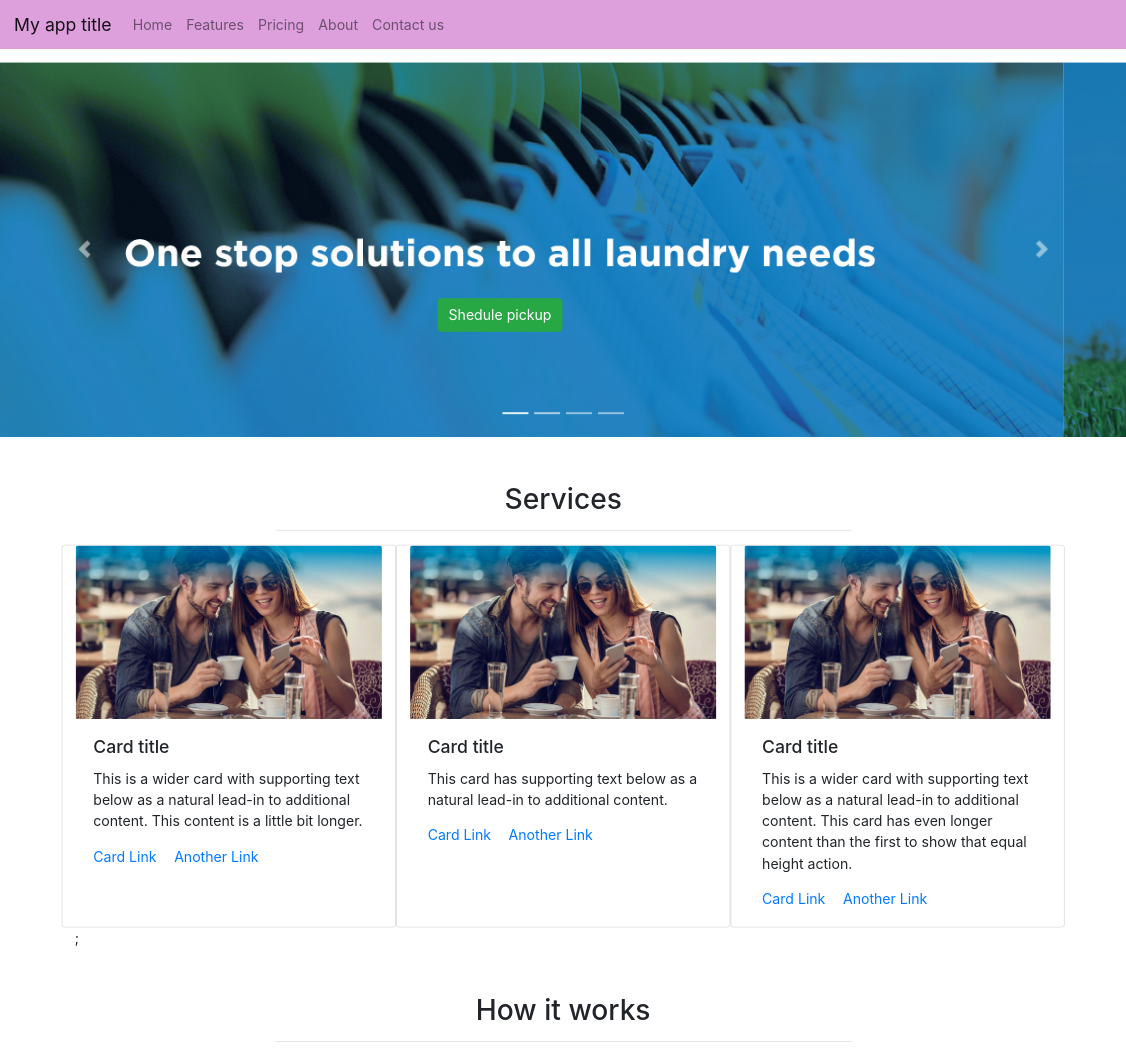
Repository: sravani123/BasicReactWebApp
Page: /
An editor plug-in stored every save of this project. The page is shown before and after the next save, followed by the edit.
The browser window is 1280 px wide. The pictures show the whole page, at 88% of full size.
Some web libraries are served in a nearby version. The project was rebuilt for these pictures with package versions that can differ from the ones it lists, and the page was loaded fresh each time. Also part of the build but not shown: src/components/Common/ProgressButton.js, src/components/Pricing/Pricing.js, src/components/About/About.js, src/components/Features/Features.js, src/components/Contact/Contact.js, src/components/Common/Calendar/Hello.js.

Above is the page before, as saved 2019-03-20 18:18:36.

After the next save:
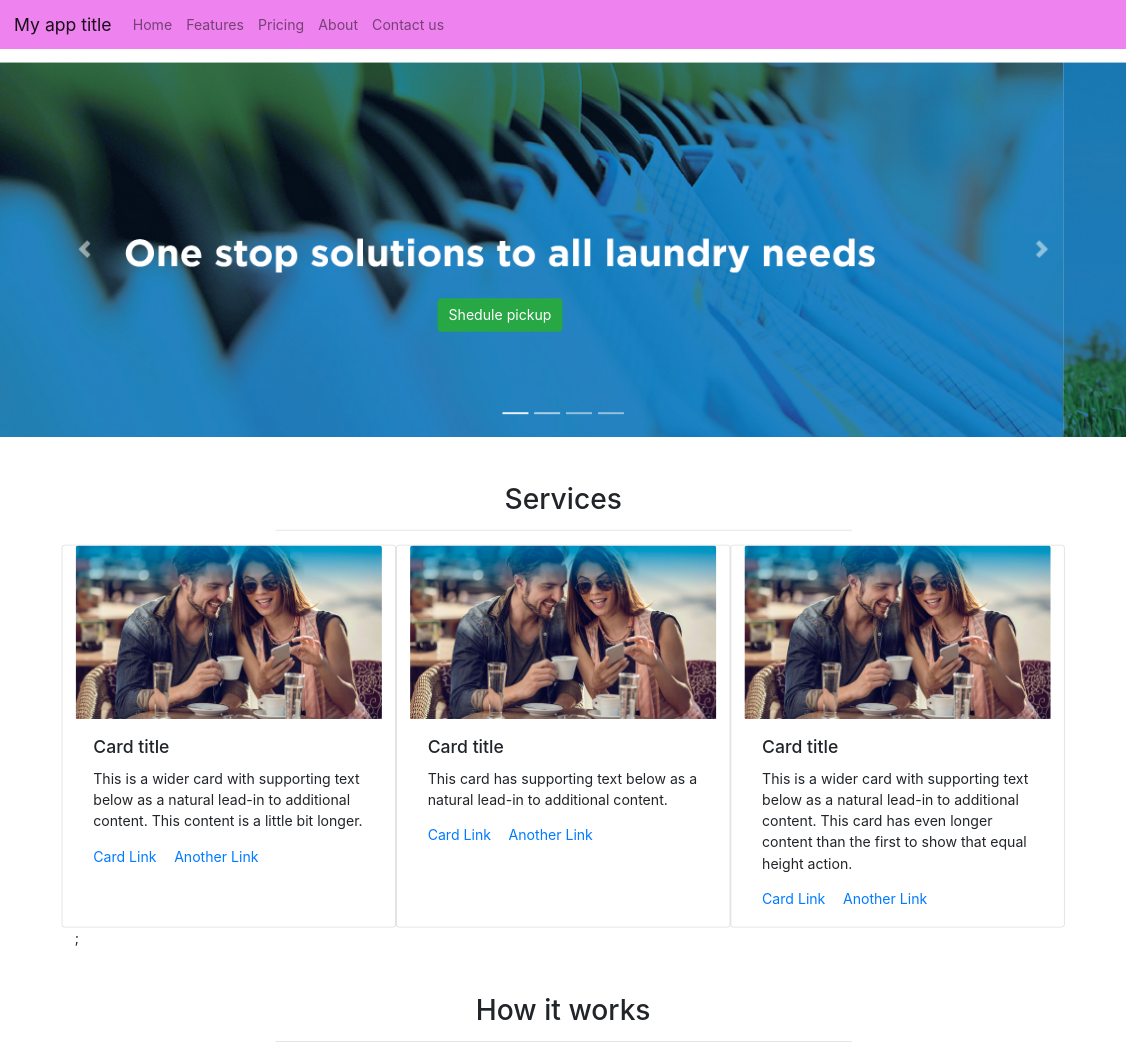
Saved 20 s later.
--- a/src/styles/components/_header.scss
+++ b/src/styles/components/_header.scss
@@ -4,5 +4,5 @@
     border-bottom: 4px solid lightblue;
 }
 .fixed-top  {
-background-color: plum !important;
+background-color: violet !important;
 }
